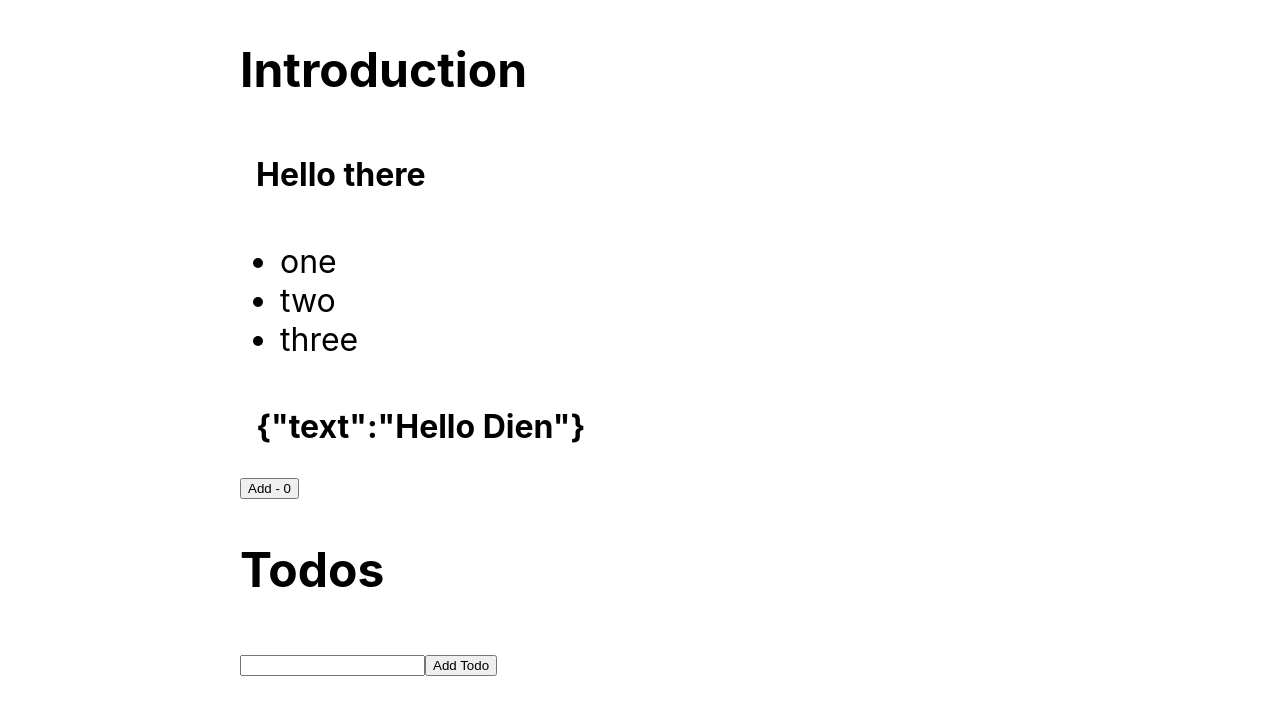
Repository: baodien1405/react-with-typescript
Page: /
An editor plug-in stored every save of this project. The page is shown before and after the next save, followed by the edit.
The browser window is 1280 px wide. The pictures show the whole page.
The project was rebuilt for these pictures with package versions that can differ from the ones it lists, and the page was loaded fresh each time.

Above is the page before, as saved 2021-06-08 16:38:33.

### src/App.tsx

import React, { useCallback, useEffect, useReducer, useRef, useState } from 'react';
import './App.css';

const Heading = ({title}: {title: string}) => <h2>{title}</h2>

const Box: React.FunctionComponent = ({children}) => (
  <div style={{padding: "1rem", fontWeight: 'bold'}}>
    {children}
  </div>
)

const List: React.FunctionComponent<{
  items: string[];
  onClick?: (item: string) => void
}> = ({items, onClick}) => (
  <ul>
    {
      items.map((item, index) => {
        return <li key={index} onClick={() => onClick?.(item)}>{item}</li>
      })
    }
  </ul>
)

interface Payload {
  text: string
}

interface Todo {
  id: number;
  done: boolean;
  text: string;
}

type ActionType = {type: "ADD", text: string} | {type: "REMOVE", id: number}

const Button: React.FunctionComponent<
  React.DetailedHTMLProps<
    React.ButtonHTMLAttributes<HTMLButtonElement>,
    HTMLButtonElement
    >
> = ({children, ...rest}) => (<button {...rest}>{children}</button>)

const useNumber = (inititalValue: number) => useState<number>(inititalValue);

type UseNumberValue = ReturnType<typeof useNumber>[0];
type UseNumberSetValue = ReturnType<typeof useNumber>[1];

const Incrementer: React.FunctionComponent<{value: UseNumberValue; setValue: UseNumberSetValue}> = ({ value, setValue }) => (
  <Button onClick={() => setValue(value + 1)}>
    Add - {value}
  </Button>
)

function App() {
  const [payload, setPayload] = useState<Payload | null>(null);

  useEffect(() => {
    fetch("/data.json")
      .then(res => res.json())
      .then(data => {
        setPayload(data)
      })
  }, [])

  const newTodoRef = useRef<HTMLInputElement>(null);

  const onAddTodo = useCallback(() => {
    if(newTodoRef.current) {
      dispatch({
        type: "ADD",
        text: newTodoRef.current.value
      })
      newTodoRef.current.value = "";
    }
  }, [])

  const [todos, dispatch] = useReducer((state: Todo[], action: ActionType) => {
    const uuid = Math.floor(Math.random() * 9999 + 1);
    switch (action.type) {
      case "ADD": {
        return [
          ...state,
          {
            id: uuid,
            text: action.text,
            done: false,
          },
        ];
      }
      case "REMOVE": {
        return state.filter(({id}) => id !== action.id);
      }
      default:
        throw new Error()
    }
  }, []);

  const onListClick = useCallback((item: string) => {
    alert(item);
  }, [])

  const [value, setValue] = useNumber(0);

  return (
    <div className="App">
     <Heading title="Introduction" />
     <Box>Hello there</Box>
     <List items={["one", "two", "three"]} onClick={onListClick} />
     <Box>{JSON.stringify(payload)}</Box>
     <Incrementer value={value} setValue={setValue}/>

     <Heading title="Todos" />
     {
       todos.map((todo) => (
         <div key={todo.id}>
           {todo.text}
           <Button
            onClick={() => dispatch({
              type: "REMOVE",
              id: todo.id
            })}
           >
             Remove
           </Button>
        </div>
       ))
     }
     <div>
       <input type="text" ref={newTodoRef} />
       <Button onClick={onAddTodo}>Add Todo</Button>
     </div>
    </div>
  );
}

export default App;

### src/App.css
body {
  font-size: xx-large;
  margin: auto;
  max-width: 800px;
}

### public/data.json
{
  "text": "Hello Dien"
}

Loaded but not shown: public/index.html (common file); src/index.tsx (common file); src/index.css (common file); src/reportWebVitals.ts (common file)

After the next save:
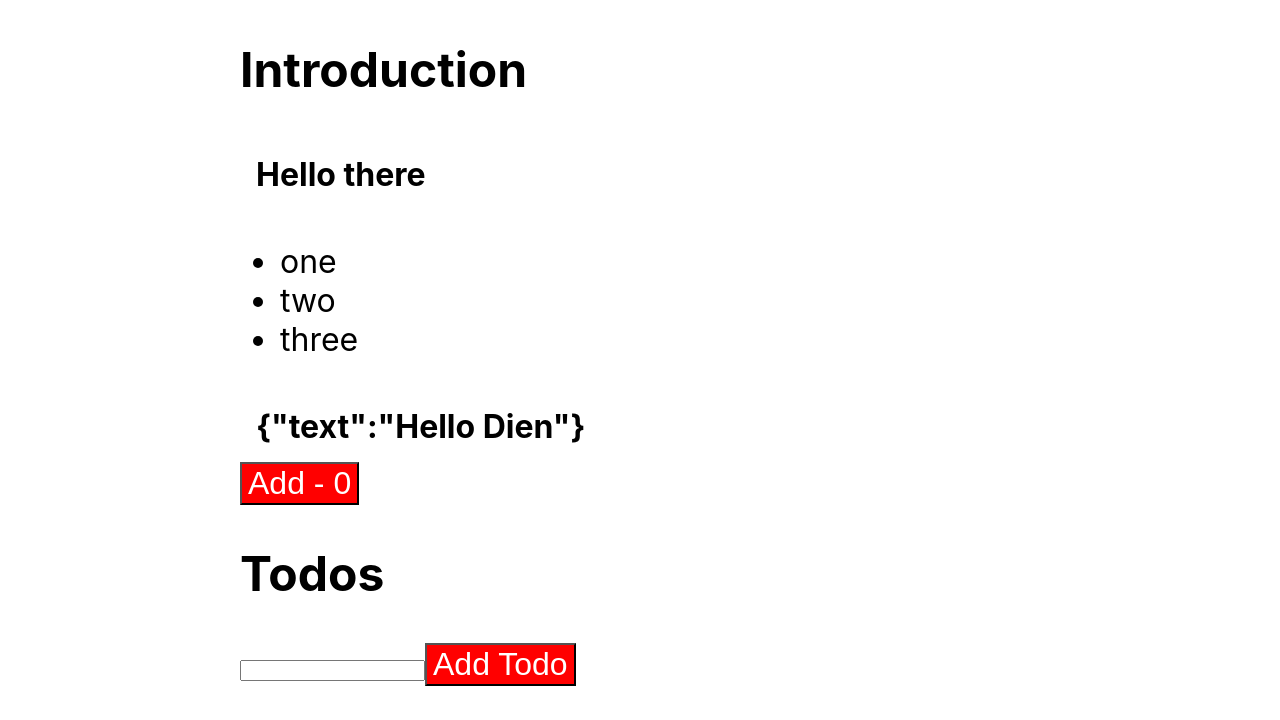
Saved 2 min 10 s later.
--- a/src/App.tsx
+++ b/src/App.tsx
@@ -40,7 +40,7 @@ const Button: React.FunctionComponent<
     React.ButtonHTMLAttributes<HTMLButtonElement>,
     HTMLButtonElement
     >
-> = ({children, ...rest}) => (<button {...rest}>{children}</button>)
+> = ({children, ...rest}) => (<button {...rest} style={{backgroundColor: "red", color: "white", fontSize: "xx-large"}} >{children}</button>)
 
 const useNumber = (inititalValue: number) => useState<number>(inititalValue);
 
